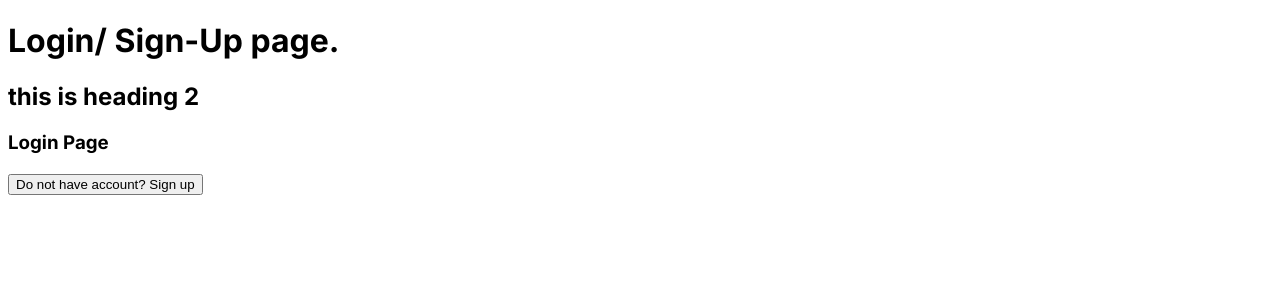
Repository: its-kundan/food-on-time
Page: /restaurant
These files come from the project's save history. The page is drawn as it stood at one moment and after a run of saves; the edit follows.
The browser window is 1280 px wide. The pictures show the whole page.
The project was rebuilt for these pictures with package versions that can differ from the ones it lists, and the page was loaded fresh each time. The framework's server and built-in components were replaced by stand-ins that run in the browser. Also part of the build but not shown: next.config.mjs, src/app/globals.css, src/app/_components/SignUp.jsx.

Above is the page before, as saved 2024-07-24 19:39:57.

After the next 5 saves:
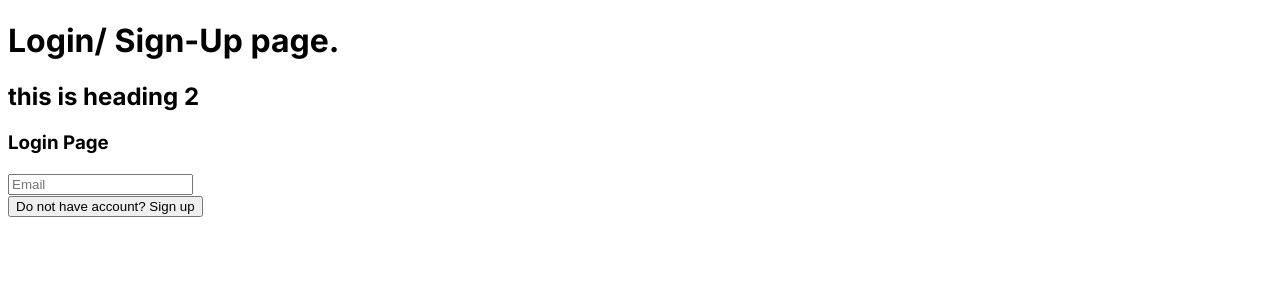
The 5 saves are shown as one change because they came seconds apart.
The last was saved 11 s later.
--- a/src/app/_components/Login.jsx
+++ b/src/app/_components/Login.jsx
@@ -4,6 +4,8 @@ function Login() {
   return (
     <>
         <h3> Login  Page</h3>
+        <input type="text" placeholder="Email" />
+
     </>
   )
 }
